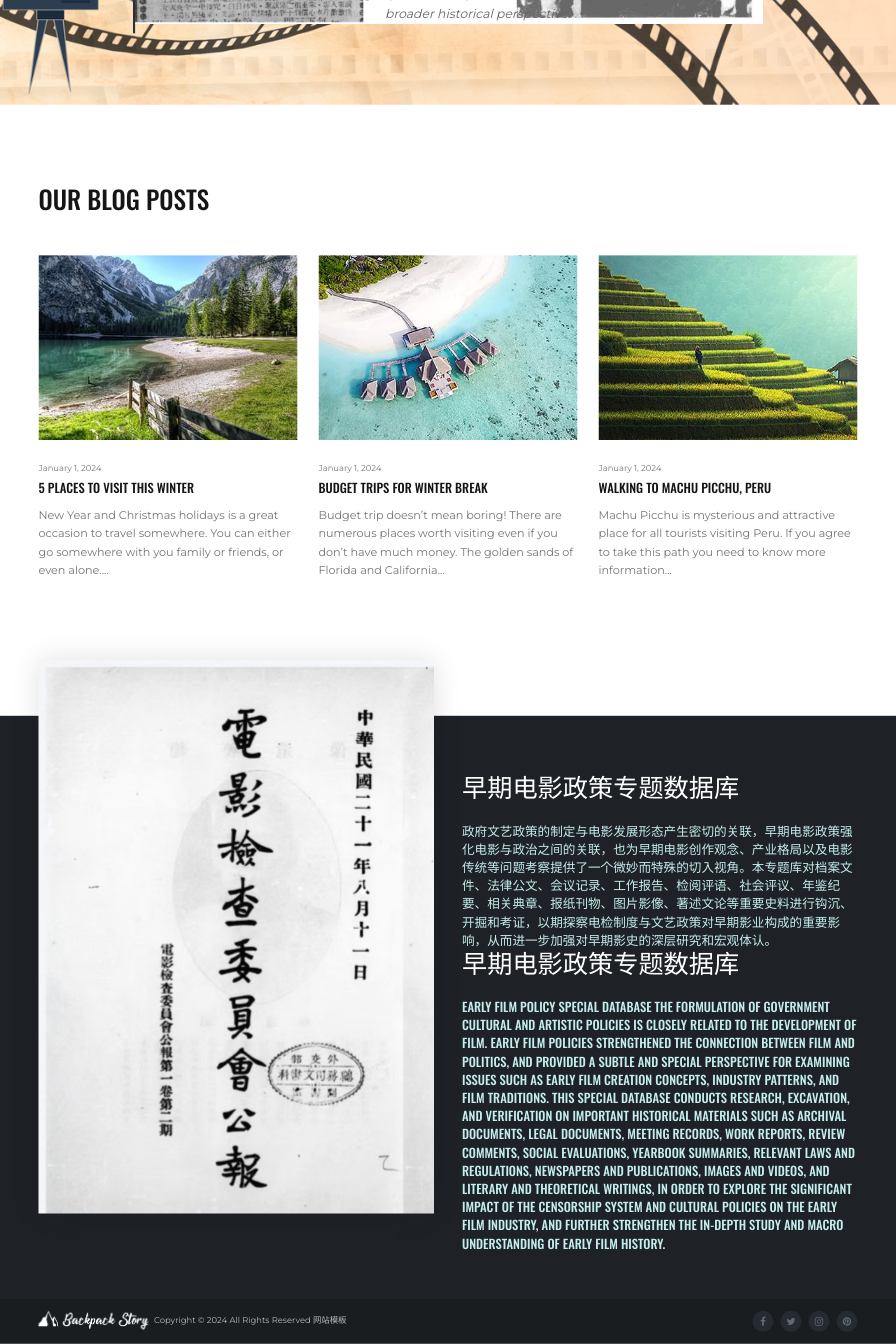
Repository: Jquarker/Modern-Film-Database
Page: index.html
These files come from the project's save history. The page is drawn as it stood at one moment and after a run of saves; the edit follows.
The browser window is 1280 px wide. The pictures show the part of the page from y = 4481 to 6401 px (the page is 6401 px tall), at 70% of full size.

Above is the page before, as saved 2025-02-21 15:28:56.

After the next 3 saves:
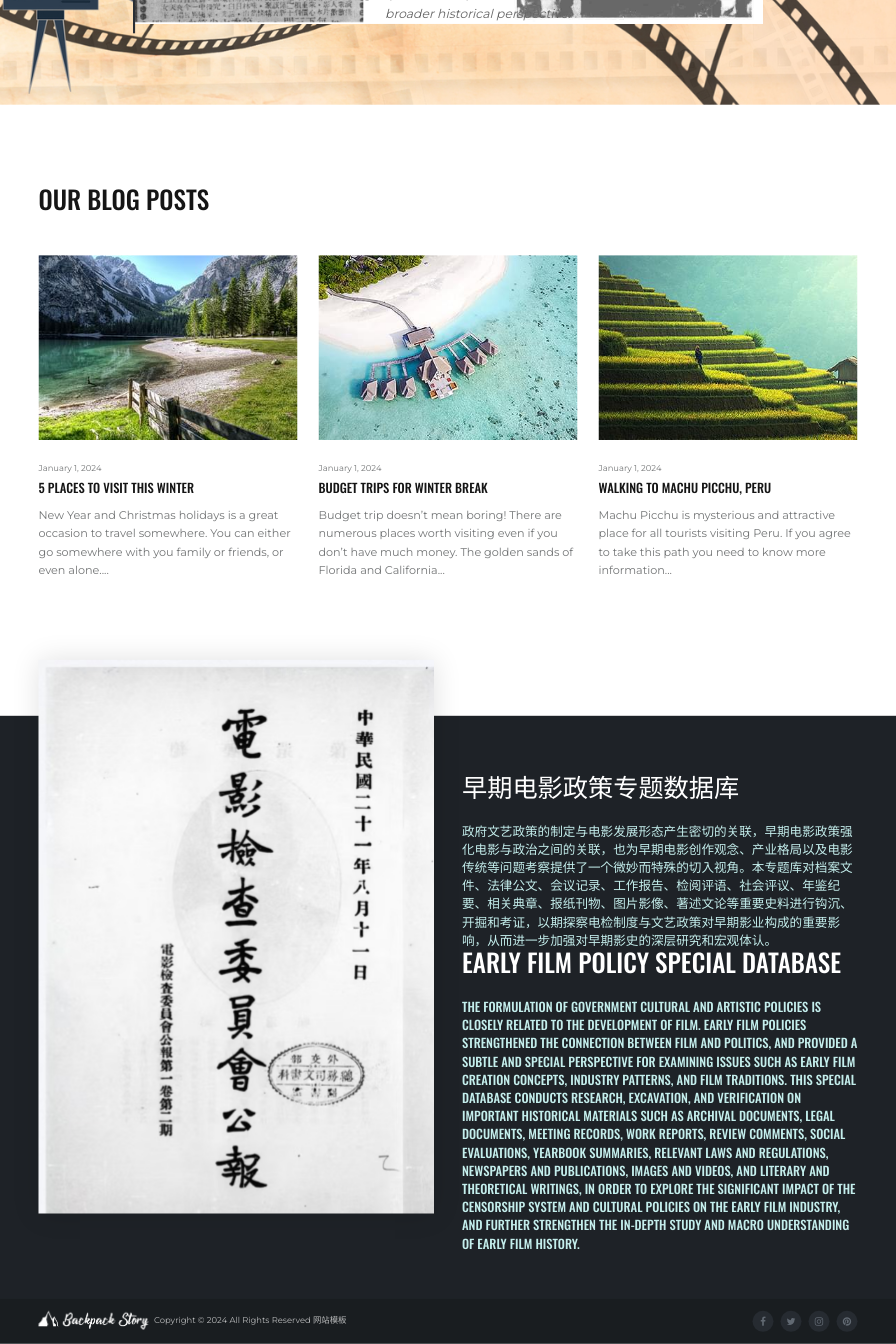
The 3 saves are shown as one change because they came seconds apart.
The last was saved 11 s later.
--- a/index.html
+++ b/index.html
@@ -337,9 +337,8 @@
               <div class="footer-classic_subscribe">
                 <h2>早期电影政策专题数据库</h2>
                 <h5 class="text-primary">政府文艺政策的制定与电影发展形态产生密切的关联，早期电影政策强化电影与政治之间的关联，也为早期电影创作观念、产业格局以及电影传统等问题考察提供了一个微妙而特殊的切入视角。本专题库对档案文件、法律公文、会议记录、工作报告、检阅评语、社会评议、年鉴纪要、相关典章、报纸刊物、图片影像、著述文论等重要史料进行钩沉、开掘和考证，以期探察电检制度与文艺政策对早期影业构成的重要影响，从而进一步加强对早期影史的深层研究和宏观体认。</h5>
-                <h2>早期电影政策专题数据库</h2>
+                <h2>Early Film Policy Special Database</h2>
                 <h5 class="text-primary">
-                  Early Film Policy Special Database
                   The formulation of government cultural and artistic policies is closely related to the development of film. Early film
                   policies strengthened the connection between film and politics, and provided a subtle and special perspective for
                   examining issues such as early film creation concepts, industry patterns, and film traditions. This special database
